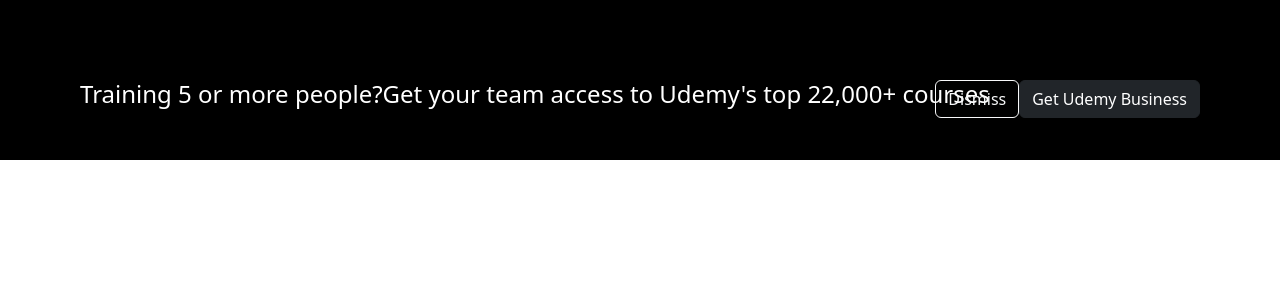
Repository: Taniafdes/newProject
Page: /division/division
An editor plug-in stored every save of this project. The page is shown before and after the next save, followed by the edit.
The browser window is 1280 px wide. The pictures show the whole page.
The project was rebuilt for these pictures with package versions that can differ from the ones it lists, and the page was loaded fresh each time. The framework's server and built-in components were replaced by stand-ins that run in the browser. Also part of the build but not shown: next.config.js.

Above is the page before, as saved 2023-06-15 16:20:44.

### pages/_app.js
import Head from "next/head";
import Script from "next/script";
import 'bootstrap/dist/css/bootstrap.css'
import 'bootstrap/dist/css/bootstrap.min.css'
function MyApp({ Component, pageProps }) {
  return (
    <>
      <Head>
        <meta name="viewport" content="width=device-width, initial-scale=1" />
      </Head>

      <Script
        src="https://cdn.jsdelivr.net/npm/bootstrap@5.0.0-beta1/dist/js/bootstrap.bundle.min.js"
        integrity="sha384-ygbV9kiqUc6oa4msXn9868pTtWMgiQaeYH7/t7LECLbyPA2x65Kgf80OJFdroafW"
        crossOrigin="anonymous"
      />
      <Component {...pageProps} />
    </>
  );
}
export default MyApp;

### pages/division/division.js
import React from 'react'
import { Container } from 'react-bootstrap';
import Button from 'react-bootstrap/Button';

const division = () => {
  return (
    <div>
    <div style={{backgroundColor: 'black', padding: '80px'}}>
    <h4 style={{width: '150px', whiteSpace: 'nowrap', float: 'left', color: 'white'}}>Training 5 or more people?Get your team access to Udemy's top 22,000+ courses</h4>
    <Button variant="dark" style={{float: "right"}}>Get Udemy Business</Button>
    <Button variant="outline-light" style={{float: "right"}}>Dismiss</Button>
    </div>
    </div>

  )
}

export default division

After the next save:
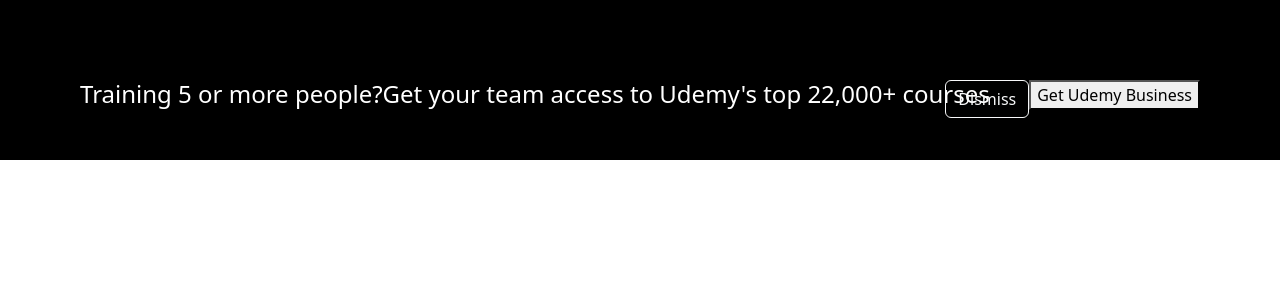
Saved 26 s later.
--- a/pages/division/division.js
+++ b/pages/division/division.js
@@ -7,7 +7,7 @@
     <div>
     <div style={{backgroundColor: 'black', padding: '80px'}}>
     <h4 style={{width: '150px', whiteSpace: 'nowrap', float: 'left', color: 'white'}}>Training 5 or more people?Get your team access to Udemy's top 22,000+ courses</h4>
-    <Button variant="dark" style={{float: "right"}}>Get Udemy Business</Button>
+    <button variant="dark" style={{float: "right"}}>Get Udemy Business</button>
     <Button variant="outline-light" style={{float: "right"}}>Dismiss</Button>
     </div>
     </div>
